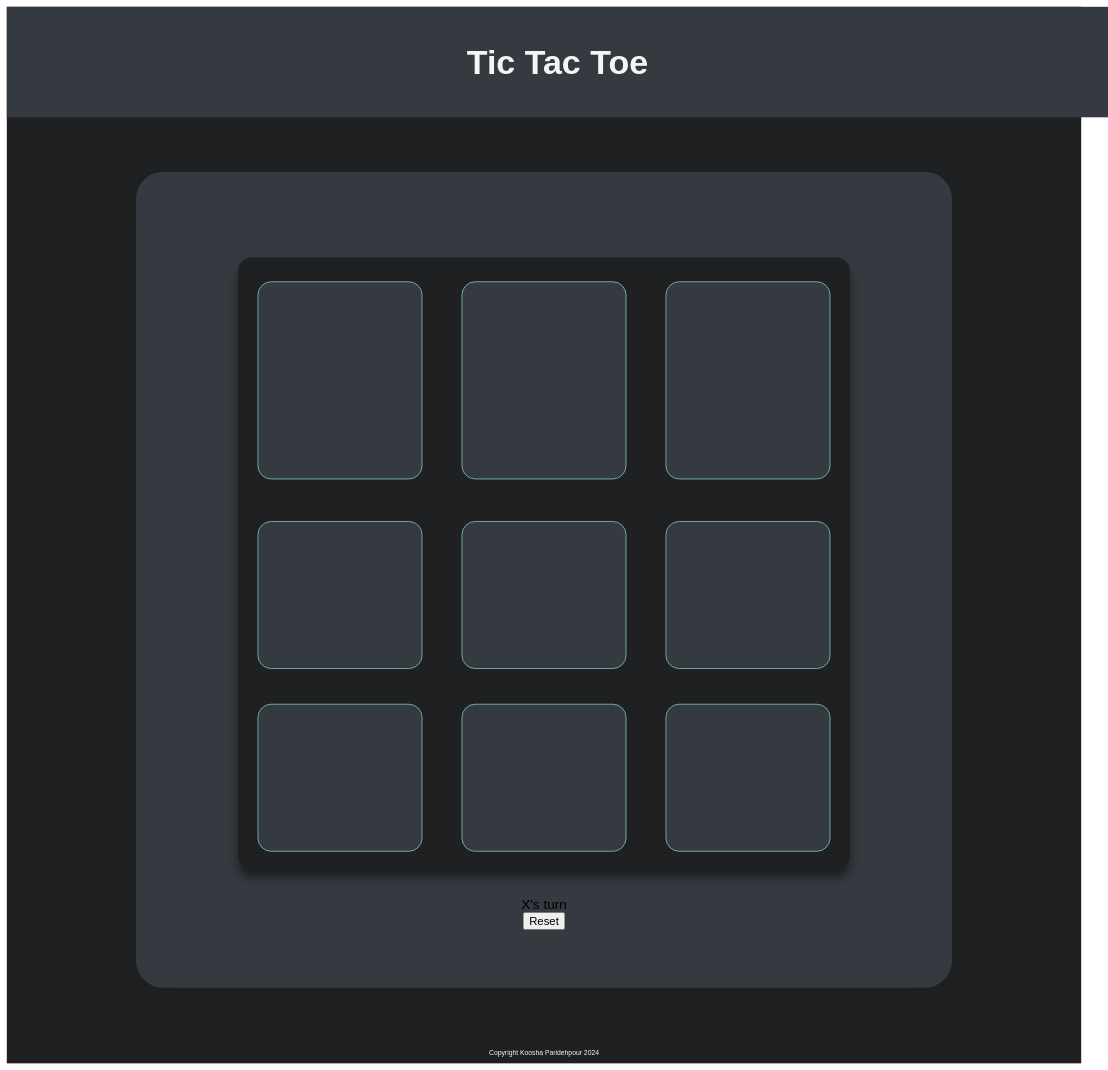
Repository: KooshaPari/odin-TTT
Page: index.html
The author's editor kept a copy of each file at every save. The page is drawn from the files as they stood at one save, then again after the next save.
The browser window is 1280 px wide. The page is 1304 px wide, so the pictures cover 1304 px, including what lies to the right of the window. The pictures show the whole page, at 85% of full size.

Above is the page before, as saved 2024-03-14 23:01:38.

### index.html
<!doctype html>
<html lang="en">
  <head>
    <meta charset="UTF-8" />

    <link rel="stylesheet" href="./style.css" />
    <meta name="viewport" content="width=device-width, initial-scale=1.0" />
    <title>Document</title>
  </head>
  <body>
    <div id="parent">
      <div id="header">
        <h1>Tic Tac Toe</h1>
      </div>
      <div id="body">
        <div id="game">
          <div id="board">
            <div class="square" id="0"><p>X</p></div>
            <div class="square" id="1"><p>O</p></div>
            <div class="square" id="2"></div>
            <div class="square" id="3"></div>
            <div class="square" id="4"></div>
            <div class="square" id="5"></div>
            <div class="square" id="6"></div>
            <div class="square" id="7"></div>
            <div class="square" id="8"></div>
          </div>
          <div id="status">X's turn</div>
          <button id="reset">Reset</button>
        </div>
      </div>
      <div id="footer">
        <p>Copyright Koosha Paridehpour 2024</p>
      </div>
    </div>
  </body>
</html>

### style.css
* {
  font-family: sans-serif;
}
#parent {
  background-color: #1f2022;
  width: 100%;
  height: 100%;
}
#header {
  background-color: #353a40;
  padding: 1.25%;
  width: 100%;
  height: 100%;
}
#header h1 {
  color: #f6f5f5;

  font-size: 2.5em;
}
#footer p {
  color: #f6f5f5;
  font-size: 0.5em;
}

#header,
#footer,
#body {
  display: flex;
  align-items: center;
  justify-content: center;
}
#title {
  color: #f6f5f5;
}
#body {
  flex-direction: column;
}
#game {
  transition: 2.5s ease-in-out;
  display: flex;
  flex-direction: column;
  justify-content: center;
  align-items: center;
  background-color: #353a40;
  border-radius: 2em;
  margin: 5vw;
  box-shadow: 0px 10px 10px #1f2022;
  width: 75vw;
  height: 75vw;
  -webkit-border-radius: 2em;
  -moz-border-radius: 2em;
  -ms-border-radius: 2em;
  -o-border-radius: 2em;
  -webkit-transition: 2.5s ease-in-out;
  -moz-transition: 2.5s ease-in-out;
  -ms-transition: 2.5s ease-in-out;
  -o-transition: 2.5s ease-in-out;
}
#board {
  display: grid;
  grid-template-columns: 1fr 1fr 1fr;
  width: 75%;
  transition: 1s ease-in-out;
  height: 75%;
  background-color: #1f2022;
  border-radius: 1em;
  margin: 2em;

  align-items: center;
  justify-content: center;
  box-shadow: 0px 10px 10px #1f2022;
  -webkit-border-radius: 1em;
  -moz-border-radius: 1em;
  -ms-border-radius: 1em;
  -o-border-radius: 1em;
  -webkit-transition: 1s ease-in-out;
  -moz-transition: 1s ease-in-out;
  -ms-transition: 1s ease-in-out;
  -o-transition: 1s ease-in-out;
}
#board:hover {
  transform: scale(1.025) translate(0, -1em);
  transition: 0.5s ease-in-out;
  -webkit-transform: scale(1.025) translate(0, -1em);
  -moz-transform: scale(1.025) translate(0, -1em);
  -ms-transform: scale(1.025) translate(0, -1em);
  -o-transform: scale(1.025) translate(0, -1em);
  -webkit-transition: 0.5s ease-in-out;
  -moz-transition: 0.5s ease-in-out;
  -ms-transition: 0.5s ease-in-out;
  -o-transition: 0.5s ease-in-out;
}
#game:hover {
  transform: scale(1.05) translate(0, -0.5em);
  transition: 10s ease-in-out;
  -webkit-transform: scale(1.05) translate(0, -0.5em);
  -moz-transform: scale(1.05) translate(0, -0.5em);
  -ms-transform: scale(1.05) translate(0, -0.5em);
  -o-transform: scale(1.05) translate(0, -0.5em);
  -webkit-transition: 10s ease-in-out;
  -moz-transition: 10s ease-in-out;
  -ms-transition: 10s ease-in-out;
  -o-transition: 10s ease-in-out;
}
.square {
  justify-self: center;
  border: 0.1px solid #7ebab5;
  width: 80%;
  flex: 0;
  border-radius: 1em;
  height: 80%;
  background-color: #353a40;
  text-align: center;
  display: flex;
  align-items: center;
  white-space: nowrap;
}
.square p {
  flex: 0;
  font-size: 4em;
  color: #7ebab5;
  width: 5vw;
  font-weight: bold;
  overflow: hidden;

  padding: 0;
  margin: 0;
  display: inline;
}

After the next save:
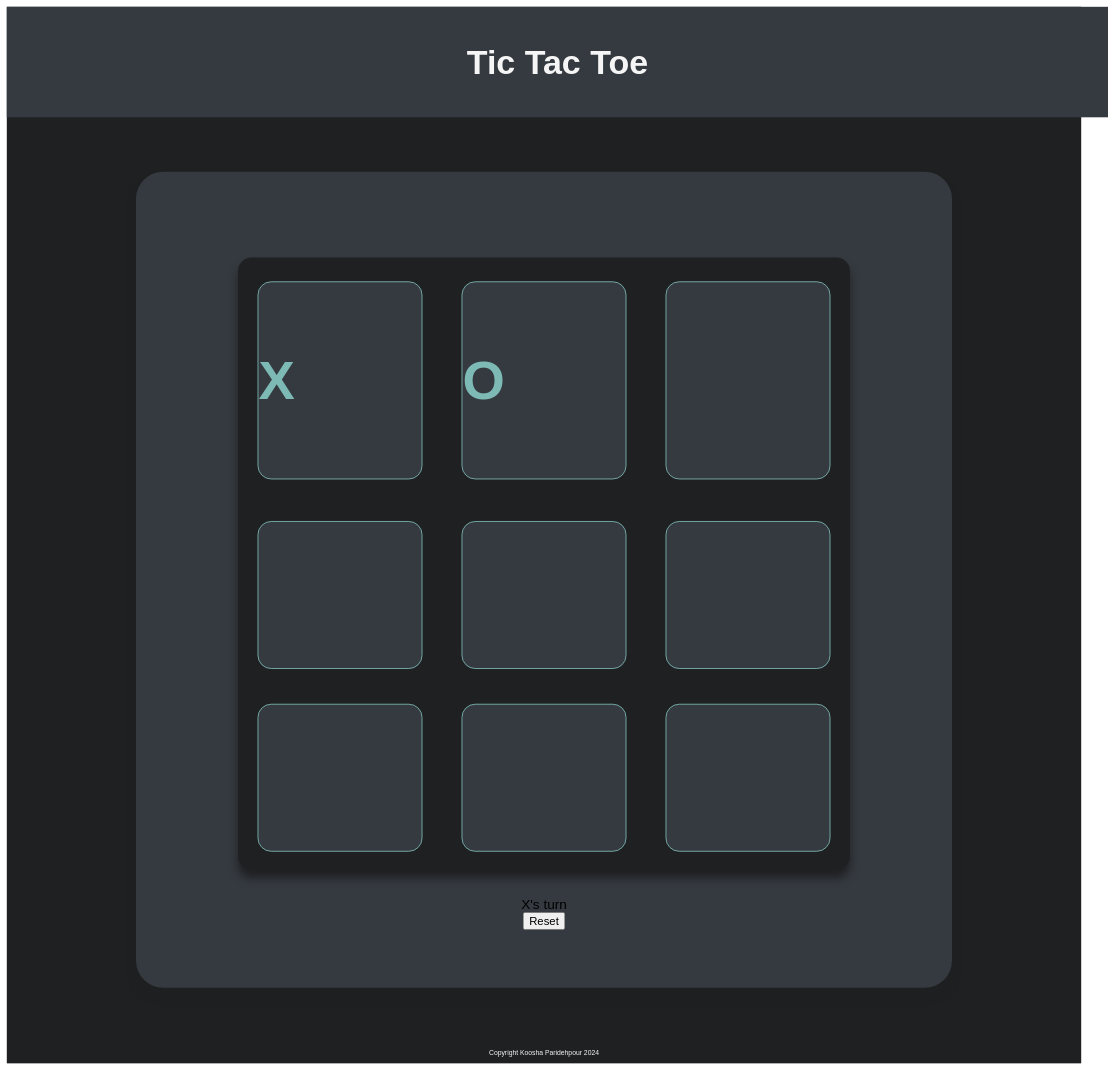
Saved 42 s later.
--- a/style.css
+++ b/style.css
@@ -116,13 +116,13 @@
   white-space: nowrap;
 }
 .square p {
-  flex: 0;
   font-size: 4em;
   color: #7ebab5;
-  width: 5vw;
   font-weight: bold;
   overflow: hidden;
-
+  align-self: center;
+  justify-self: center;
+  text-align: center;
   padding: 0;
   margin: 0;
   display: inline;
